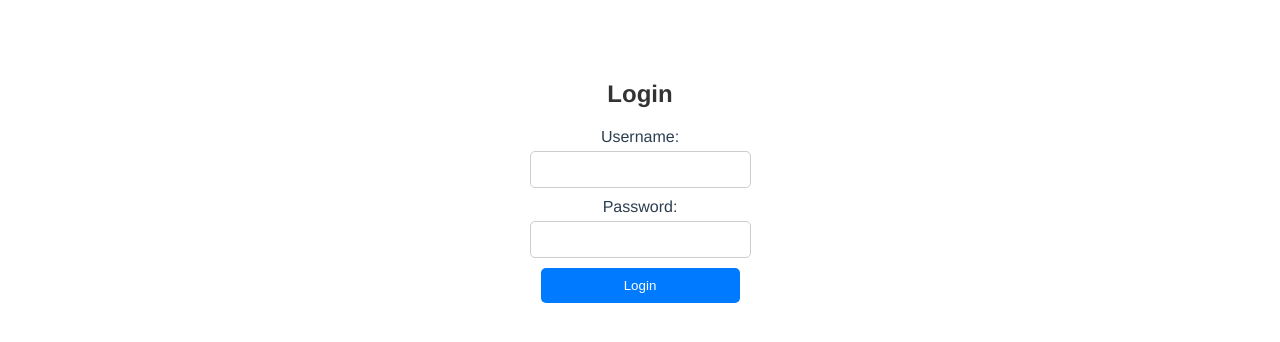
Repository: anhthu112/Todo-list
Page: /
An editor plug-in stored every save of this project. The page is shown before and after the next save, followed by the edit.
The browser window is 1280 px wide. The pictures show the whole page.
The project was rebuilt for these pictures with package versions that can differ from the ones it lists, and the page was loaded fresh each time. Requests to the local data server were answered from the project's data file. Also part of the build but not shown: vue.config.js.

Above is the page before, as saved 2024-02-01 15:17:59.

After the next save:
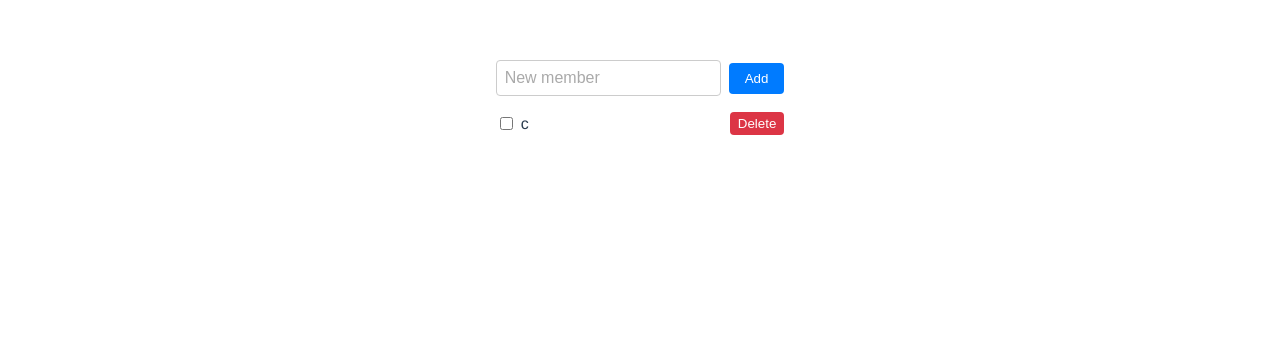
Saved 35 s later.
--- a/src/App.vue
+++ b/src/App.vue
@@ -23,7 +23,7 @@
 
   data() {
     return {
-      loggedIn: false
+      loggedIn: true
     };
   },
 

After the save that followed:
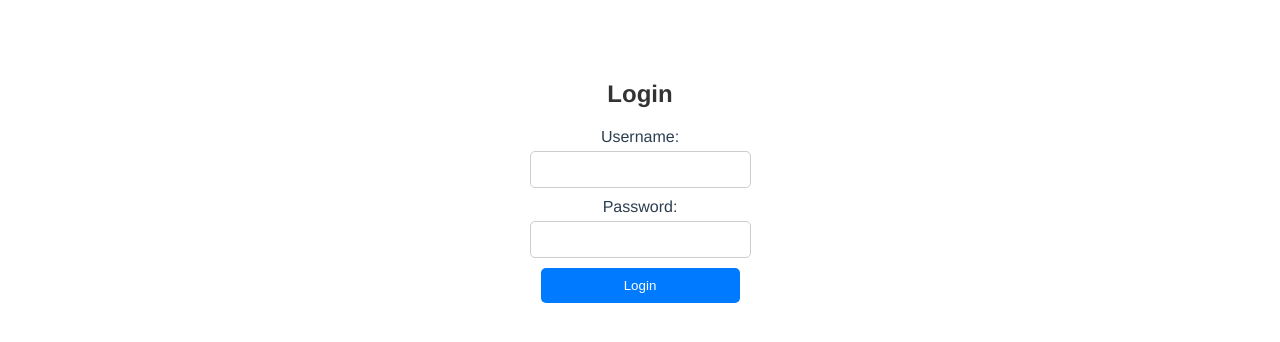
Saved 36 s later.
--- a/src/App.vue
+++ b/src/App.vue
@@ -23,7 +23,7 @@
 
   data() {
     return {
-      loggedIn: true
+      loggedIn: false
     };
   },
 
